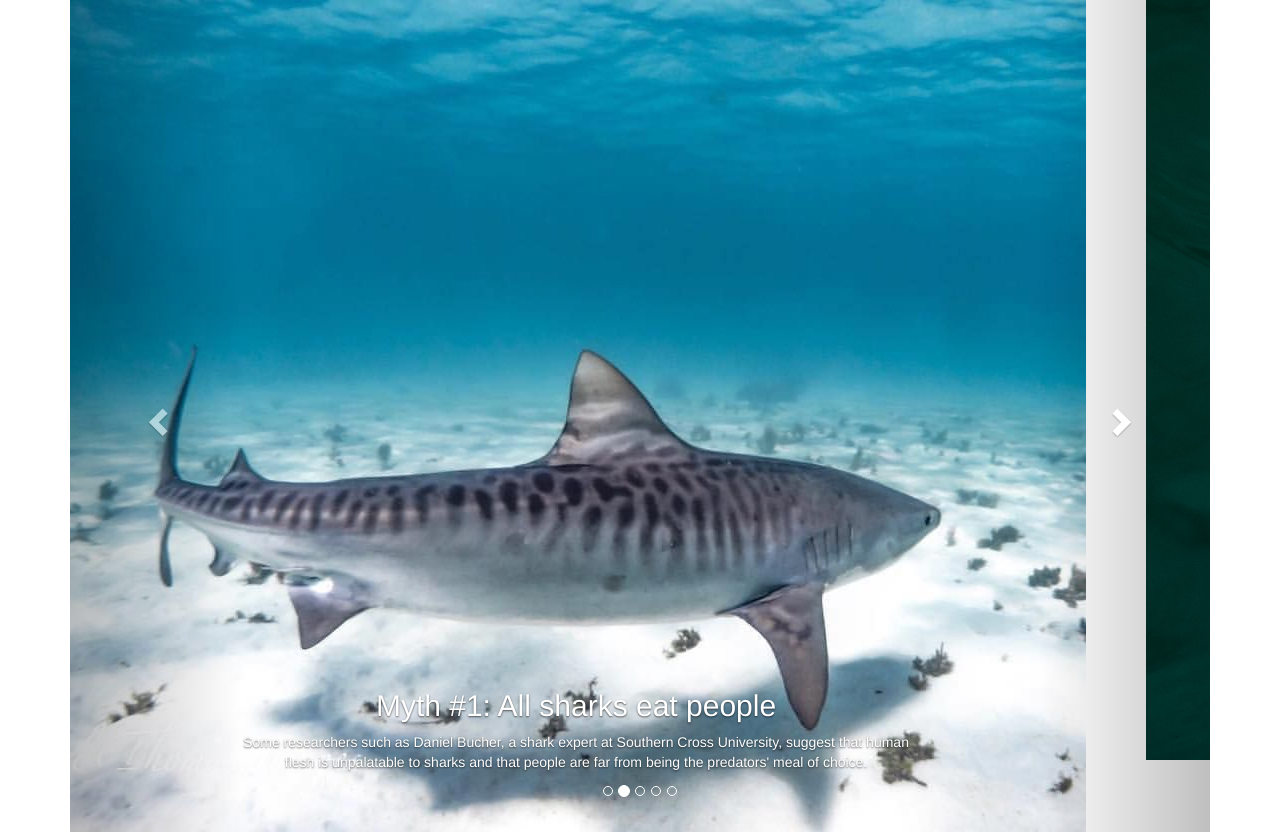
Repository: lacey-crenshaw/carousel
Page: index.html
The author's editor kept a copy of each file at every save. The page is drawn from the files as they stood at one save, then again after the next save.
The browser window is 1280 px wide. The pictures show the whole page.

Above is the page before, as saved 2020-02-16 17:52:45.

### index.html
<!DOCTYPE html>
<html lang="en">

<head>
    <link rel="stylesheet" href="https://maxcdn.bootstrapcdn.com/bootstrap/3.4.1/css/bootstrap.min.css">
    <meta charset="utf-8">
    <title>Bootstrap Carousel</title>



</head>

<body>

    <div class="container">
        <div class="row">
            <div class="col-sm-12">

                <div id="my-slider" class="carousel slide" data-ride="carousel">

                    <!-- indicators nav -->
                    <ol class="carousel-indicators">
                        <li data-target="#my-slider" data-slide-to="0" class="active"></li>
                        <li data-target="#my-slider" data-slide-to="1"></li>
                        <li data-target="#my-slider" data-slide-to="2"></li>
                        <li data-target="#my-slider" data-slide-to="3"></li>
                        <li data-target="#my-slider" data-slide-to="4"></li>
                    </ol>

                    <!-- wrapper for slides -->
                    <div class="carousel-inner" role="listbox">
                        <div class="item active">
                            <img src="images/tigerShark.jpg" alt="Black Shark">
                            <div class="carousel-caption">
                                <h2>Myth #1: All sharks eat people</h2>
                                <p>Some researchers such as Daniel Bucher, a shark expert at Southern Cross University,
                                    suggest that human flesh is unpalatable to sharks and that people are far from being
                                    the predators' meal of choice.</p>
                            </div>
                        </div>

                        <div class="item">
                            <img src="images/grayShark.jpg" alt="Gray Shark">
                            <div class="carousel-caption">
                                <h2>Myth #2: Sharks aren't clever and have tiny, walnut-size brains</h2>
                                <p>False. Sharks are actually one of the most intelligent creatures in the ocean,
                                    thanks to more than 400 million years of evolution. The animals' brain-to-body ratio
                                    is similar to that of most birds and mammals, according to a paper by Leo Demski and
                                    R. Glenn Northcutt who studied shark brain size in 1996.</p>
                            </div>
                        </div>

                        <div class="item">
                            <img src="images/whaleShark.jpg" alt="Whale Shark">
                            <div class="carousel-caption">
                                <h2>Myth #3: All sharks are big and scary, and have lots of sharp teeth</h2>
                                <p>There are more than 450 species of sharks, and they come in all shapes and sizes. The
                                    basking shark is the second largest fish in the sea, but it eats only plankton with
                                    its tremendously large mouth, which can measure more than 3 feet (0.9 m) wide.</p>
                            </div>
                        </div>

                        <div class="item">
                            <img src="images/greatWhite.jpg" alt="Great White Shark">
                            <div class="carousel-caption">
                                <h2>Myth #4: If you're attacked by a shark, you should punch it in the nose</h2>
                                <p>That's probably not a good idea. The best way to escape is to go for the shark's eye.
                                    Sharks have an eyelid-like barrier to protect them from prey thrashing around in
                                    their jaws, but it's not designed to shield from fingers.</p>
                            </div>
                        </div>

                        <div class="item">
                            <img src="images/blackShark.jpg" alt="Black Shark">
                            <div class="carousel-caption">
                                <h2>Myth #5: Nothing eats sharks</h2>
                                <p>While the largest sharks, such as tiger sharks and whale sharks, have very little to
                                    worry about from predators, the smaller sharks are not so lucky. Some shark species
                                    are incredibly small, and so they can make handy snacks for larger species. A few
                                    marine mammals, including orca whales, prey on sharks, too.</p>
                            </div>
                        </div>

                    </div>

                    <!-- controls for next and previous buttons -->
                    <a class="left carousel-control" href="#my-slider" role="button" data-slide="prev">
                        <span class="glyphicon glyphicon-chevron-left" aria-hidden="true"></span>
                        <span class="sr-only">Previous</span>
                    </a>
                    <a class="right carousel-control" href="#my-slider" role="button" data-slide="next">
                        <span class="glyphicon glyphicon-chevron-right" aria-hidden="true"></span>
                        <span class="sr-only">Next</span>
                    </a>


                </div>

            </div>
        </div>
    </div>


    <script src="https://ajax.googleapis.com/ajax/libs/jquery/3.4.1/jquery.min.js"></script>
    <script src="https://maxcdn.bootstrapcdn.com/bootstrap/3.4.1/js/bootstrap.min.js"></script>
</body>

</html>

### images/styles/styles.css
.carousel-inner > .item > img {
    width:640px;
    height:360px;
  }

After the next save:
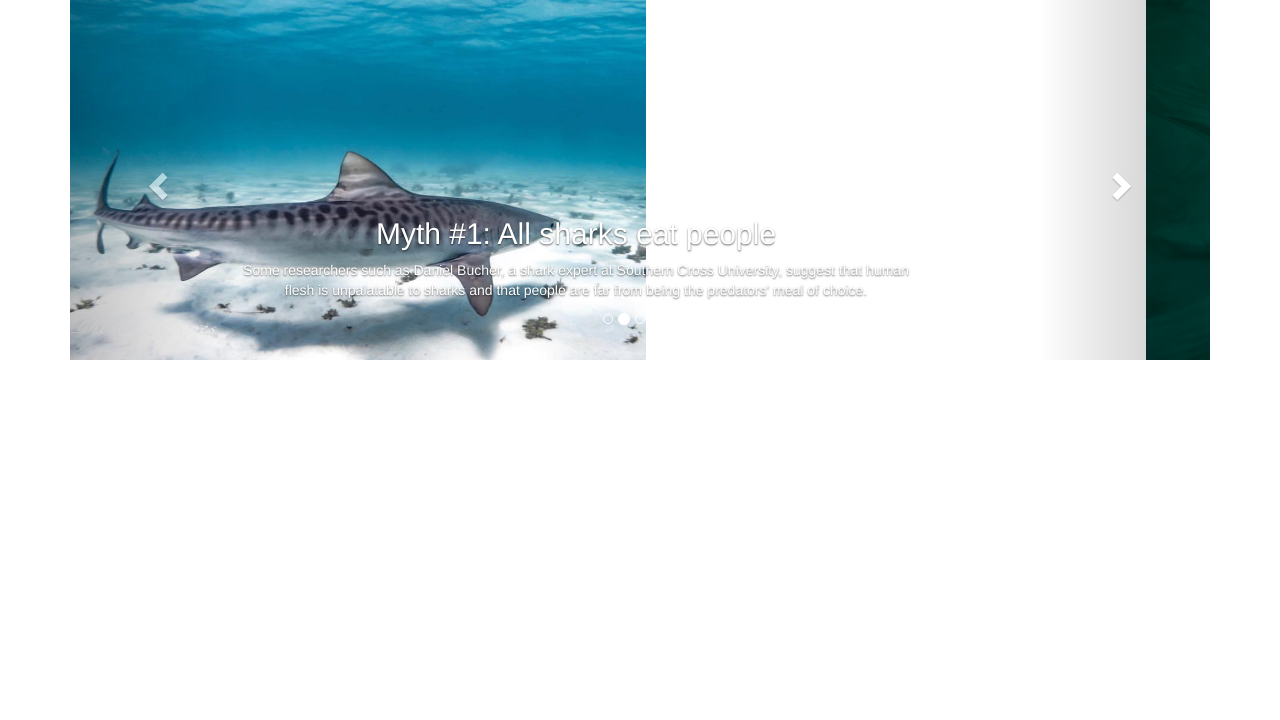
Saved 8 s later.
--- a/index.html
+++ b/index.html
@@ -3,6 +3,7 @@
 
 <head>
     <link rel="stylesheet" href="https://maxcdn.bootstrapcdn.com/bootstrap/3.4.1/css/bootstrap.min.css">
+    <link rel="stylesheet" href="images/styles/styles.css">
     <meta charset="utf-8">
     <title>Bootstrap Carousel</title>
 
